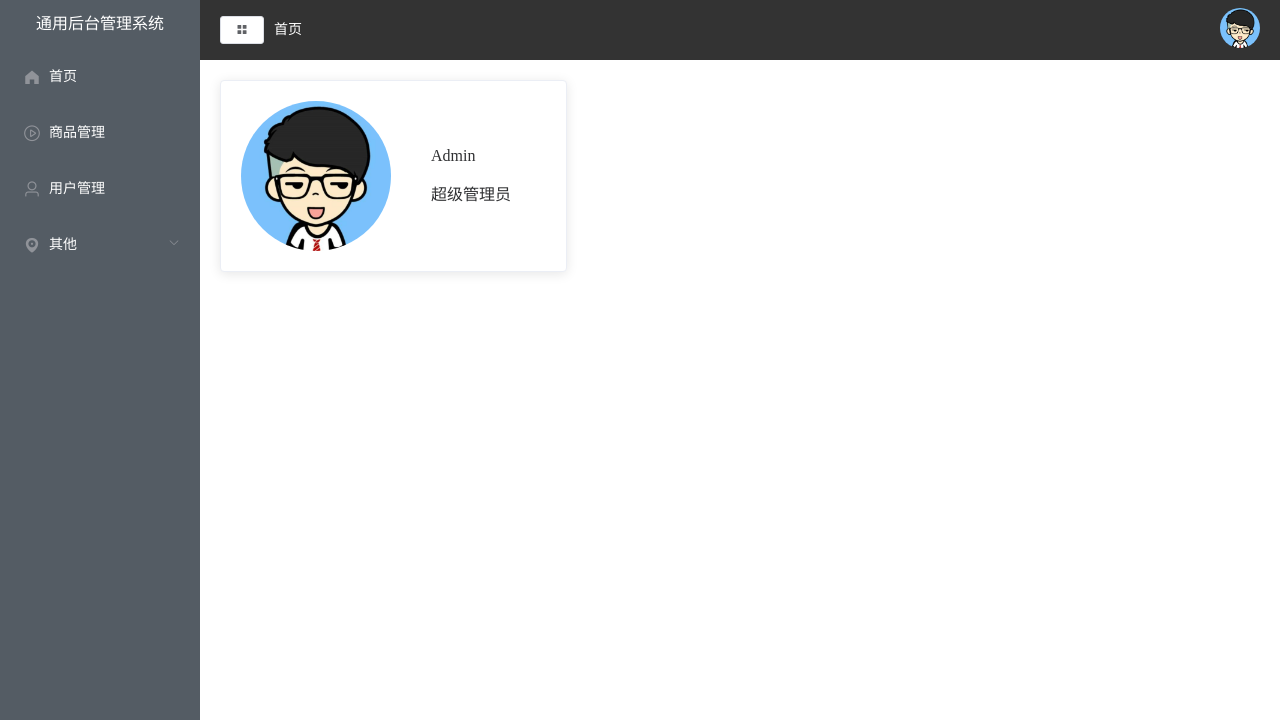
Repository: Francis200214/my-app
Page: /
An editor plug-in stored every save of this project. The page is shown before and after a run of saves, followed by the edit.
The browser window is 1280 px wide. The pictures show the whole page.
The project was rebuilt for these pictures with package versions that can differ from the ones it lists, and the page was loaded fresh each time. Also part of the build but not shown: vue.config.js, src/views/User.vue, src/views/Mall.vue, src/views/other/PageOne.vue, src/views/other/PageTwo.vue.

Above is the page before, as saved 2023-05-21 15:35:55.

### src/main.js
import Vue from 'vue'
import App from './App.vue'
import ElementUI from 'element-ui'

// ElementUI 按需引入
// import { Button,Row } from 'element-ui'


import 'element-ui/lib/theme-chalk/index.css'
// Vue-Router
import router from './router'
// Vuex
import store from './store'


Vue.config.productionTip = false

// 全局引入Element UI
Vue.use(ElementUI);


// 按需引入Element UI
// Vue.use(Row);
// Vue.use(Button);


new Vue({
  router,
  store,
  render: h => h(App),
}).$mount('#app')

### src/App.vue
<template>
  <div id="app">
    <router-view></router-view>
  </div>
</template>

<style lang="less">
  html,body,h3 {
    margin: 0;
    padding: 0;
  }
</style>

<script>

export default {
  name: 'App'
}
</script>

### src/router/index.js
import Vue from 'vue'
import VueRouter from 'vue-router'

// 1、引入组件
import Main from '../views/Main.vue'
import Home from '../views/Home.vue'
import User from '../views/User.vue'
import Mall from '../views/Mall.vue'
import PageOne from '../views/other/PageOne.vue'
import PageTwo from '../views/other/PageTwo.vue'

// 引入Vue-Router
Vue.use(VueRouter);

// 2、路由与组件映射
const routes = [
    {
        path: '/',
        component: Main,
        // redirect 表示重定向，当路径是 / 的时候就重定向某个路由
        redirect: '/home',
        children: [
            { path: 'home', component: Home }, // 首页
            { path: 'user', component: User }, // 用户管理
            { path: 'mall', component: Mall }, // 商品管理
            { path: 'page1', component: PageOne }, // 页面一
            { path: 'page2', component: PageTwo }, // 页面二
        ]
    }

]

// 3、创建Router实例
const router = new VueRouter({
    routes // (缩写) 相当于 routes: routes
})

// 4、将 router 暴露
export default router

### src/store/index.js
import Vue from 'vue'
import Vuex from 'vuex'
import tab from './tab'

Vue.use(Vuex)


// 创建 Vuex 的实例
// 对外暴露
export default new Vuex.Store({
    modules: {
        tab
    }
})

### src/views/Main.vue
<template>
    <div>
        <el-container>
            <el-aside width="auto">
                <common-aside />
            </el-aside>
            <el-container>
                <el-header>
                    <common-header />
                </el-header>
                <el-main>
                    <router-view></router-view>
                </el-main>
            </el-container>
        </el-container>
    </div>
</template>
<style lang="less" scoped>
.el-header {
    padding: 0;
}
</style>
<script>
import CommonAside from '../components/CommonAside.vue'
import CommonHeader from '../components/CommonHeader.vue'


export default {
    data() {
        return {}
    },
    components: {
        CommonAside,
        CommonHeader
    }
}
</script>

### src/views/Home.vue
<template>
    <el-row>
        <el-col :span="8">
            <el-card class="box-card">
                <div class="user">
                    <img src="../assets/images/user.png" alt="">
                    <div class="userinfo">
                        <p class="name">Admin</p>
                        <p class="access">超级管理员</p>
                    </div>
                </div>
                <div class="login-info"></div>
            </el-card>
        </el-col>
        <el-col :span="16">
            <div class="grid-content bg-purple-light"></div>
        </el-col>
    </el-row>
</template>
<style lang="less" scoped>
.user {
    display: flex;
    // flex 布局中 主轴垂直居中
    align-items: center;


    img {
        width: 150px;
        height: 150px;
        border-radius: 50%;
        margin-right: 40px;
    }
    .userinfo {
        .name {
            font-size: ;
        }
    }
}
</style>
<script>
export default {
    data() {
        return {}
    }
}
</script>

### src/store/tab.js
export default {
    state: {
        isCollapse: false // 用于控制菜单的展开或收起
    },
    mutations: {
        // 修改菜单展开或者收起的方法
        collapseMenu(state) {
            state.isCollapse = !state.isCollapse
        }
    }
}

### src/components/CommonAside.vue
<template>
    <div>
        <el-menu default-active="1-4-1" class="el-menu-vertical-demo" @open="handleOpen" @close="handleClose"
            :collapse="isCollapse" background-color="#545c64" text-color="#fff" active-text-color="#ffd04b">

            <h3>{{ isCollapse ? '后台' : '通用后台管理系统' }}</h3>

            <el-menu-item @click="clickMenu(item)" v-for="item in noChildren" :key="item.name" :index="item.name">
                <i :class="`el-icon-${item.icon}`"></i>
                <span slot="title">{{ item.label }}</span>
            </el-menu-item>

            <el-submenu v-for="item in hasChildren" :key="item.label" :index="item.label">
                <template slot="title">
                    <i :class="`el-icon-${item.icon}`"></i>
                    <span slot="title">{{ item.label }}</span>
                </template>
                <el-menu-item-group v-for="subItem in item.children" :key="subItem.path">
                    <el-menu-item @click="clickMenu(subItem)" :index="subItem.path">{{ subItem.label }}</el-menu-item>
                </el-menu-item-group>
            </el-submenu>
        </el-menu>
    </div>
</template>

<style lang="less" scope>
.el-menu-vertical-demo:not(.el-menu--collapse) {
    width: 200px;
    min-height: 400px;
}

.el-menu {
    height: 100vh;
    border-right: none;

    h3 {
        color: #fff;
        text-align: center;
        line-height: 48px;
        font-size: 16px;
        // 字体粗细
        font-weight: 400;
    }
}
</style>

<script>
export default {
    data() {
        return {
            menuData: [
                {
                    path: '/',
                    name: 'home',
                    label: '首页',
                    icon: 's-home',
                    url: 'Home/Home'
                },
                {
                    path: '/mall',
                    name: 'mall',
                    label: '商品管理',
                    icon: 'video-play',
                    url: 'MallManage/MallManage'
                },
                {
                    path: '/user',
                    name: 'user',
                    label: '用户管理',
                    icon: 'user',
                    url: 'UserManage/UserManage'
                },
                {
                    label: '其他',
                    icon: 'location',
                    children: [
                        {
                            path: '/page1',
                            name: 'page1',
                            label: '页面1',
                            icon: 'setting',
                            url: 'Other/PageOne'
                        },
                        {
                            path: '/page2',
                            name: 'page2',
                            label: '页面2',
                            icon: 'setting',
                            url: 'Other/PageTwo'
                        }
                    ]
                }
            ]
        };
    },
    methods: {
        handleOpen(key, keyPath) {
            console.log(key, keyPath);
        },
        handleClose(key, keyPath) {
            console.log(key, keyPath);
        },
        // 点击菜单
        clickMenu(item) {
            console.log(item)
            // 当页面的路由与我要跳转的路由不一致的时候才允许跳转
            if (this.$route.path !== item.path && !(this.$route.path === '/home' && (item.path === '/'))) {
                // 这里的this代表vue实例
                this.$router.push(item.path)
            }
        }
    },
    computed: {
        // 没有子菜单
        noChildren() {
            return this.menuData.filter(item => !item.children)
        },
        // 有子菜单
        hasChildren() {
            return this.menuData.filter(item => item.children)
        },
        isCollapse() {
            return this.$store.state.tab.isCollapse
        }
    }
}
</script>

### src/components/CommonHeader.vue
<template>
    <div class="header-container">
        <div class="l-content">
            <el-button @click="handleMenu" icon="el-icon-menu" size="mini"></el-button>
            <!-- 面包屑 -->
            <span class="text">首页</span>
        </div>
        <div class="r-content">
            <el-dropdown>
                <span class="el-dropdown-link">
                    <img class="user" src="../assets/images/user.png" alt="">
                </span>
                <el-dropdown-menu slot="dropdown">
                    <el-dropdown-item>个人中心</el-dropdown-item>
                    <el-dropdown-item>退出</el-dropdown-item>
                </el-dropdown-menu>
            </el-dropdown>
        </div>
    </div>
</template>
<style lang="less" scoped>
.header-container {
    padding: 0px 20px;
    background-color: #333;
    height: 60px;
    display: flex;
    // 将元素放到元素主轴的两端
    justify-content: space-between;
    align-items: center;

    .text {
        color: #fff;
        font-size: 14px;
        margin-left: 10px;
    }

    .r-content {
        .user {
            width: 40px;
            height: 40px;
            border-radius: 50%;
        }
    }
}
</style>
<script>
export default {
    data() {
        return {}
    },
    methods: {
        handleMenu() {
            this.$store.commit('collapseMenu')
        }
    }
}
</script>

Loaded but not shown: public/index.html (common file)

After the next 6 saves:
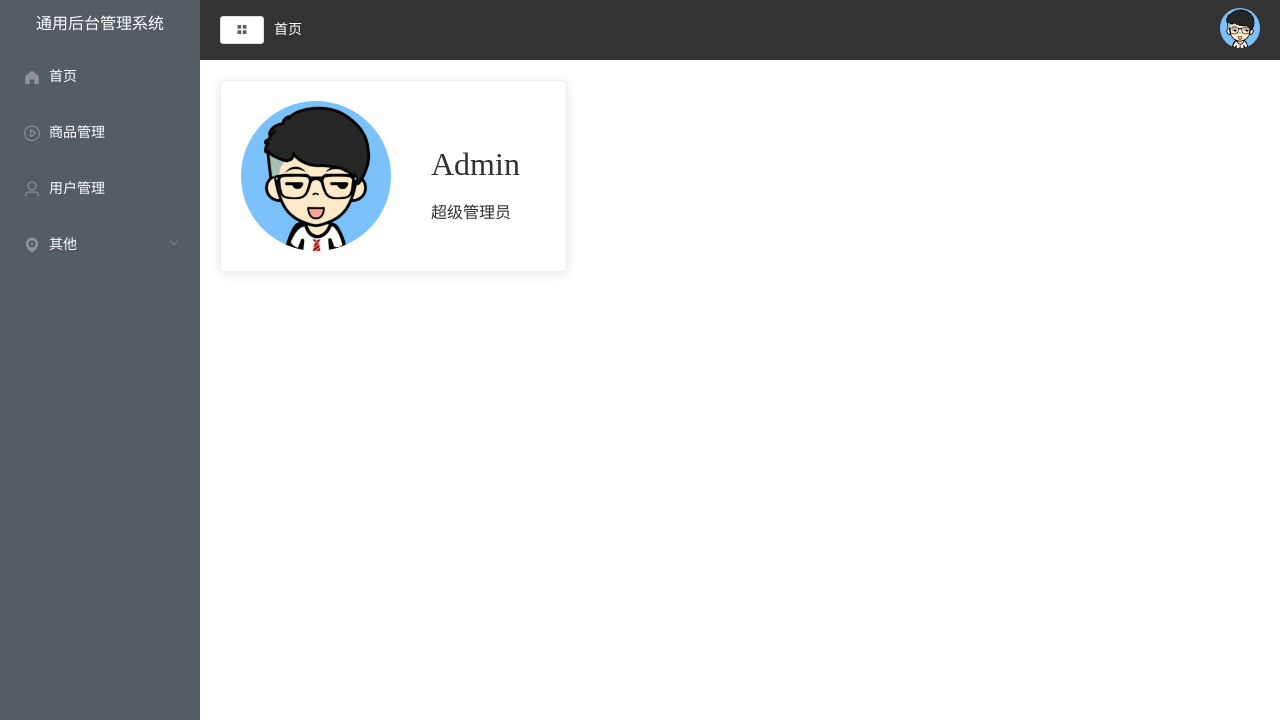
The 6 saves are shown as one change because they came seconds apart.
The last was saved 13 s later.
--- a/src/views/Home.vue
+++ b/src/views/Home.vue
@@ -30,9 +30,11 @@
         border-radius: 50%;
         margin-right: 40px;
     }
+
     .userinfo {
         .name {
-            font-size: ;
+            font-size: 32px;
+            margin-bottom: 10px;
         }
     }
 }
